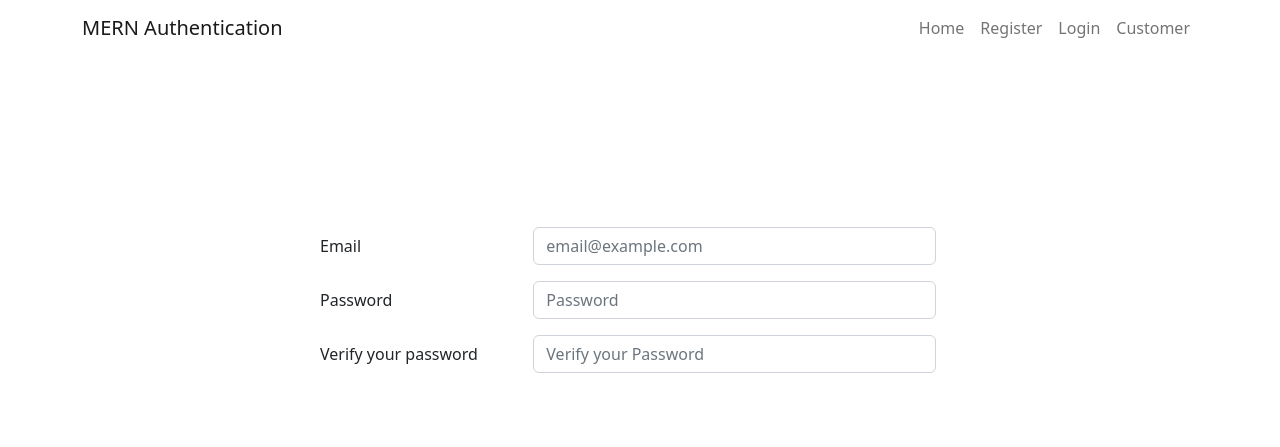
Repository: RubaHusam/MERN-Auth
Page: /register (app in frontend/)
These files come from the project's save history. The page is drawn as it stood at one moment and after a run of saves; the edit follows.
The browser window is 1280 px wide. The pictures show the whole page.
The project was rebuilt for these pictures with package versions that can differ from the ones it lists, and the page was loaded fresh each time.

Above is the page before, as saved 2023-01-27 19:04:15.

After the next 2 saves:
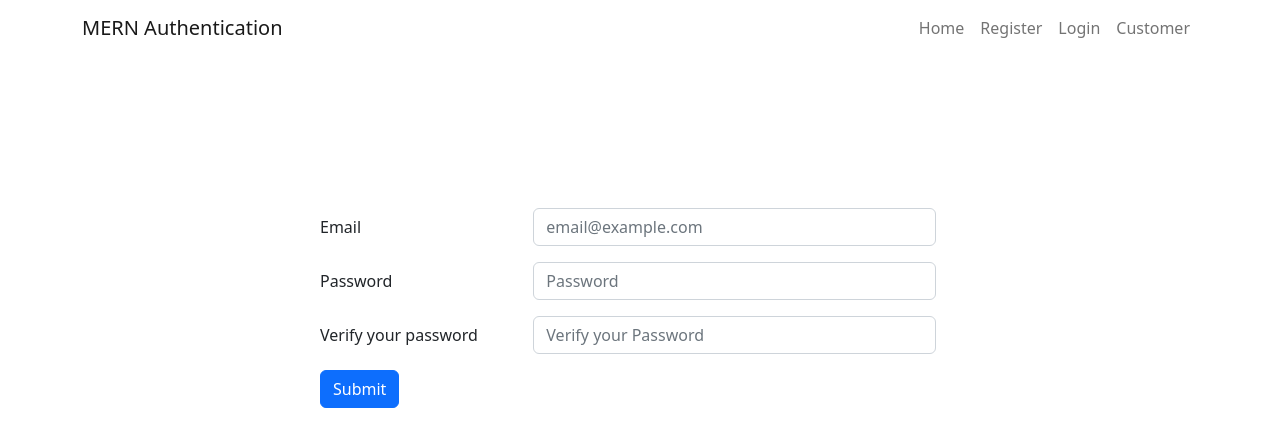
The 2 saves are shown as one change because 1 did not build or start.
The last was saved 2 min 0 s later.
--- a/frontend/src/components/Auth/Register.js
+++ b/frontend/src/components/Auth/Register.js
@@ -1,7 +1,19 @@
-import React from 'react';
-import { Form, Row, Col } from 'react-bootstrap';
+import React, { useState } from 'react';
+import { Form, Row, Col, Button } from 'react-bootstrap';
 
 export default function Register() {
+  const [validated, setValidated] = useState(false);
+
+  const handleSubmit = (event) => {
+    const form = event.currentTarget;
+    if (form.checkValidity() === false) {
+      event.preventDefault();
+      event.stopPropagation();
+    }
+
+    setValidated(true);
+  };
+
   return (
     <Row
       style={{
@@ -11,7 +23,11 @@ export default function Register() {
         alignItems: 'center',
         height: '70vh',
       }}>
-      <Form style={{ width: '50%' }}>
+      <Form
+        style={{ width: '50%' }}
+        noValidate
+        validated={validated}
+        onSubmit={handleSubmit}>
         {/* Email */}
         <Form.Group as={Row} className='mb-3' controlId='formPlaintextEmail'>
           <Form.Label column lg='4' sm='2'>
@@ -41,6 +57,9 @@ export default function Register() {
             <Form.Control type='password' placeholder='Verify your Password' />
           </Col>
         </Form.Group>
+        <Button variant='primary' type='submit'>
+          Submit
+        </Button>
       </Form>
     </Row>
   );
